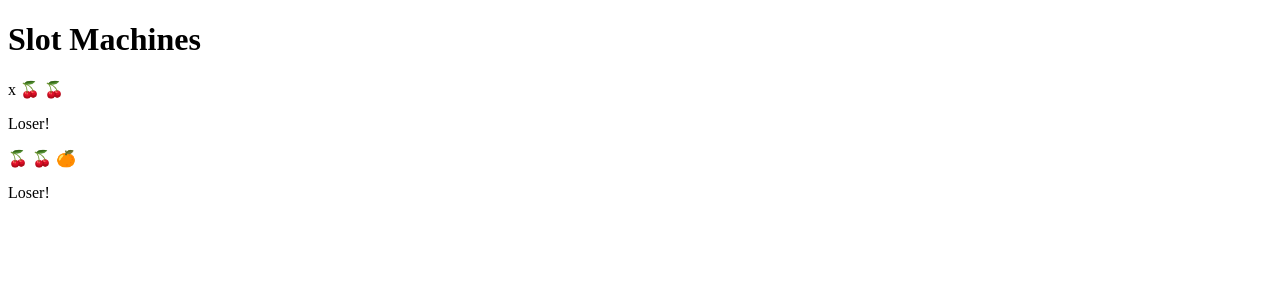
Repository: Zichi90123/ReactTraining
Page: 04_Create_React_App/fruit-exercise/ReactTraining/03_Props/02_SlotExercise/index.html
These files come from the project's save history. The page is drawn as it stood at one moment and after the next save; the edit follows.
The browser window is 1280 px wide. The pictures show the whole page.

Above is the page before, as saved 2019-12-13 13:14:34.

After the next save:
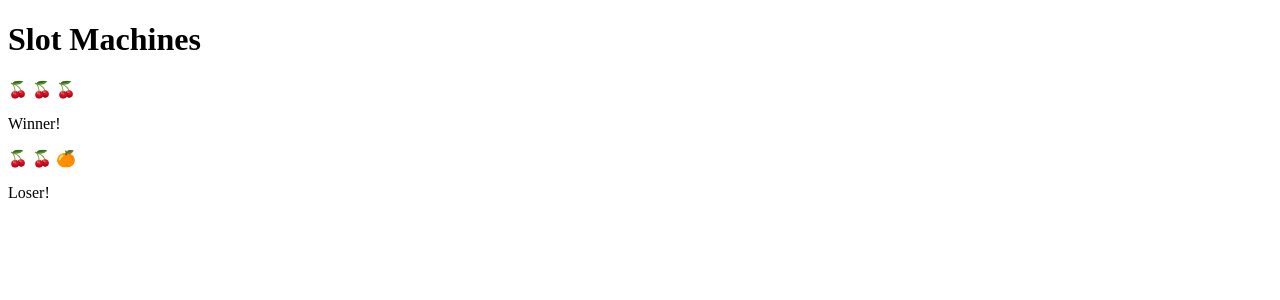
Saved 93 min 40 s later.
--- a/04_Create_React_App/fruit-exercise/ReactTraining/03_Props/02_SlotExercise/index.js
+++ b/04_Create_React_App/fruit-exercise/ReactTraining/03_Props/02_SlotExercise/index.js
@@ -5,7 +5,7 @@
       <div>
         <h1>Slot Machines</h1>
         <Machine
-          s1="x"
+          s1="🍒"
           s2="🍒"
           s3="🍒"
         />
